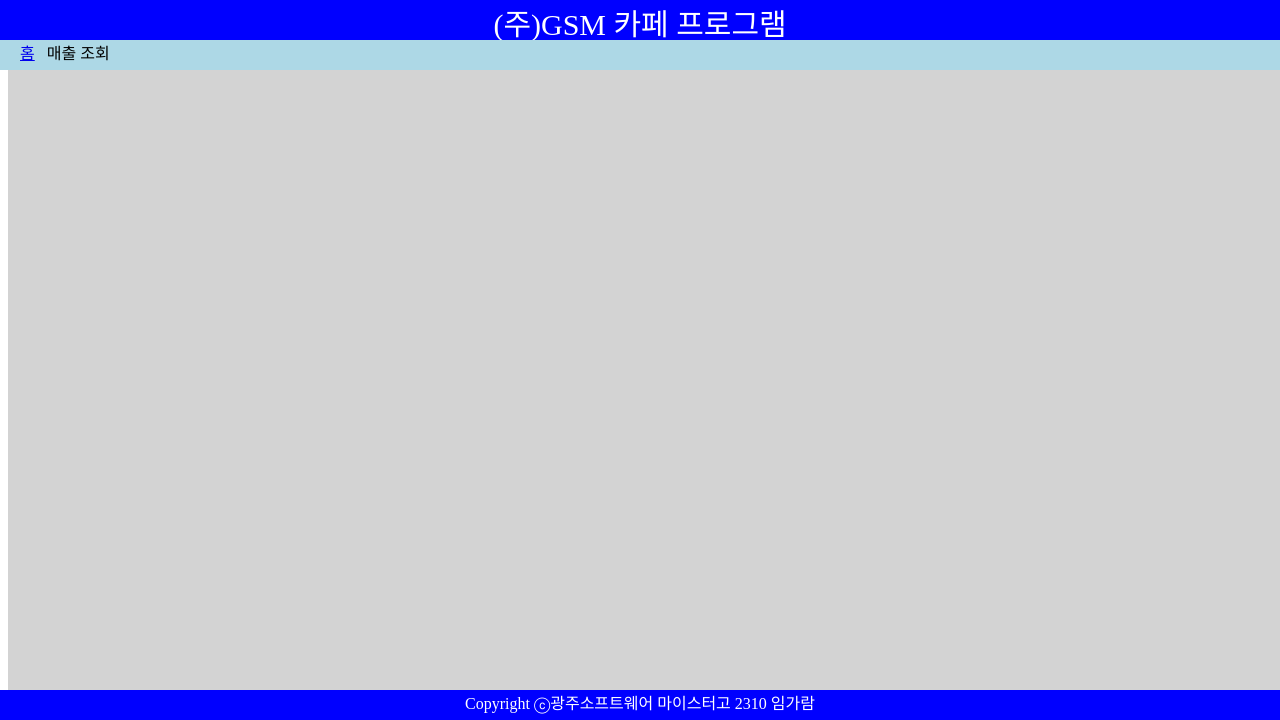
Repository: ImGaram/til
Page: http://localhost/cafe/
An editor plug-in stored every save of this project. The page is shown before and after the next save, followed by the edit.
The browser window is 1280 px wide. The pictures show the whole page.
The page is served by Tomcat 9. Other server files are loaded and not shown.

Above is the page before, as saved 2022-06-29 00:10:38.

### 2학년 jsp(화면구현)/gsm2022/cafe/src/main/webapp/index.jsp
<%@ page language="java" contentType="text/html; charset=EUC-KR"
    pageEncoding="EUC-KR"%>
<!DOCTYPE html>
<html>
<head>
<meta charset="EUC-KR">
<title>index</title>
</head>
<body>
<jsp:include page="header.jsp"></jsp:include>
<section style="position:fixed; width:100%; height:100%; top:70px; background-color: lightgray">

</section>
<jsp:include page="footer.jsp"></jsp:include>
</body>
</html>

### 2학년 jsp(화면구현)/gsm2022/cafe/src/main/webapp/header.jsp
<%@ page language="java" contentType="text/html; charset=EUC-KR"
    pageEncoding="EUC-KR"%>
<!DOCTYPE html>
<html>
<head>
<meta charset="EUC-KR">
<title>header</title>
</head>
<body>
<header style="top:0; left:0; width:100%; height:40px; background-color:blue; color: white; text-align:center; font-size:30px; position:fixed;">
(주)GSM 카페 프로그램
</header>
<nav style="top:40px; left:0; width:100%; height: 30px; background-color:lightblue; padding-left:20px; position:fixed;">
<a href="index.jsp">홈</a> &nbsp;
<a>매출 조회</a>
</nav>
</body>
</html>

### 2학년 jsp(화면구현)/gsm2022/cafe/src/main/webapp/footer.jsp
<%@ page language="java" contentType="text/html; charset=EUC-KR"
    pageEncoding="EUC-KR"%>
<!DOCTYPE html>
<html>
<head>
<meta charset="EUC-KR">
<title>footer</title>
</head>
<body>
<footer style="bottom:0; left:0; position:fixed; background-color:blue; width:100%; height:30px; color:white; text-align:center;">
Copyright ⓒ광주소프트웨어 마이스터고 2310 임가람
</footer>
</body>
</html>

After the next save:
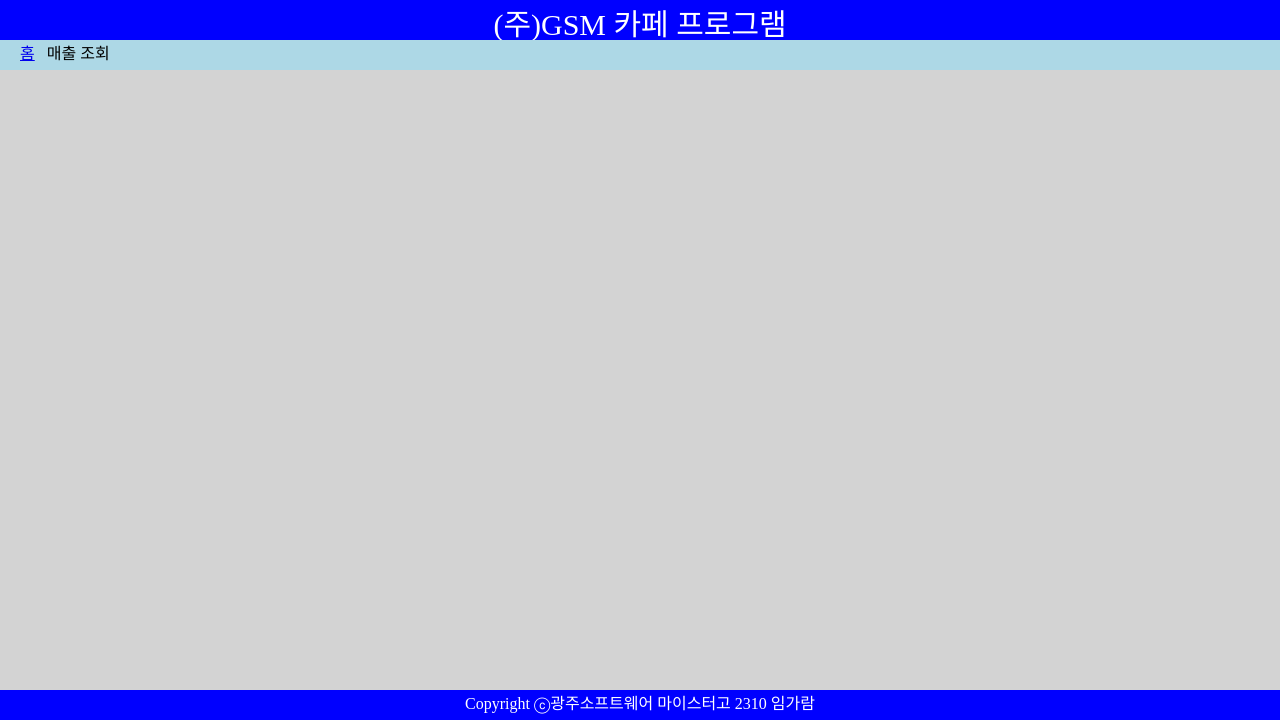
Saved 15 s later.
--- a/2학년 jsp(화면구현)/gsm2022/cafe/src/main/webapp/index.jsp
+++ b/2학년 jsp(화면구현)/gsm2022/cafe/src/main/webapp/index.jsp
@@ -8,7 +8,7 @@
 </head>
 <body>
 <jsp:include page="header.jsp"></jsp:include>
-<section style="position:fixed; width:100%; height:100%; top:70px; background-color: lightgray">
+<section style="position:fixed; width:100%; height:100%; top:70px; left:0; background-color: lightgray">
 
 </section>
 <jsp:include page="footer.jsp"></jsp:include>
